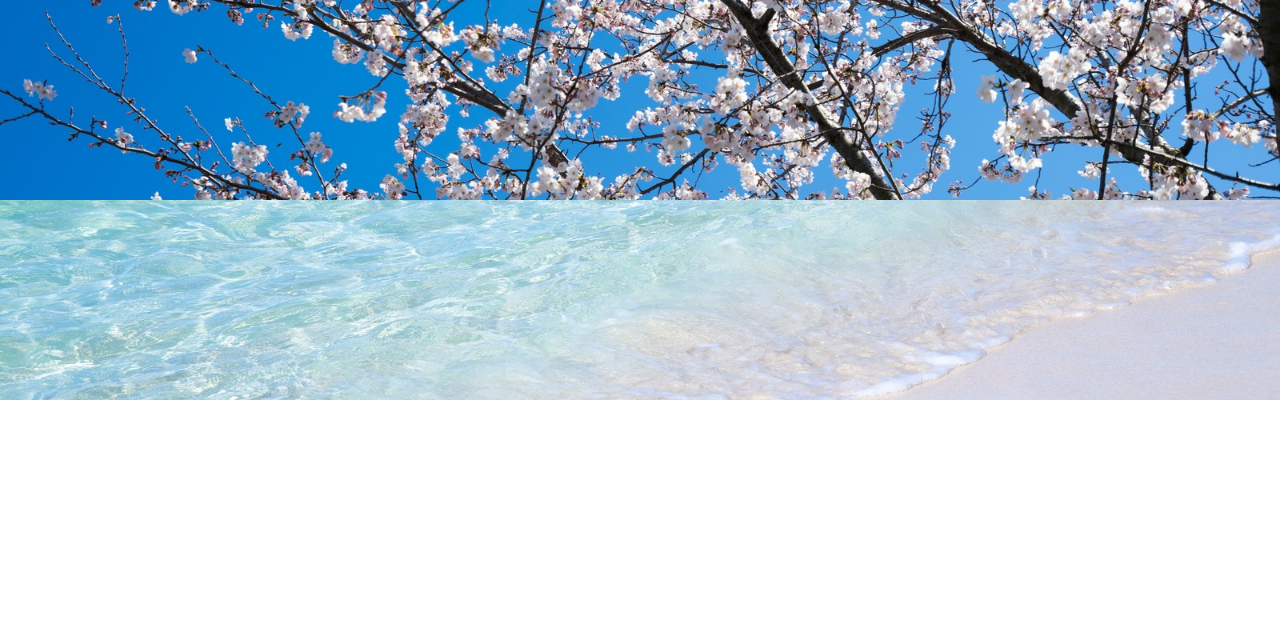
Repository: pureforest/html
Page: chapter6/6-text.html
The author's editor kept a record of every edit. The page is drawn from the files as they stood at one moment, then again after the next edit.
The browser window is 1280 px wide. The pictures show the whole page.

Above is the page before.

After the next edit:
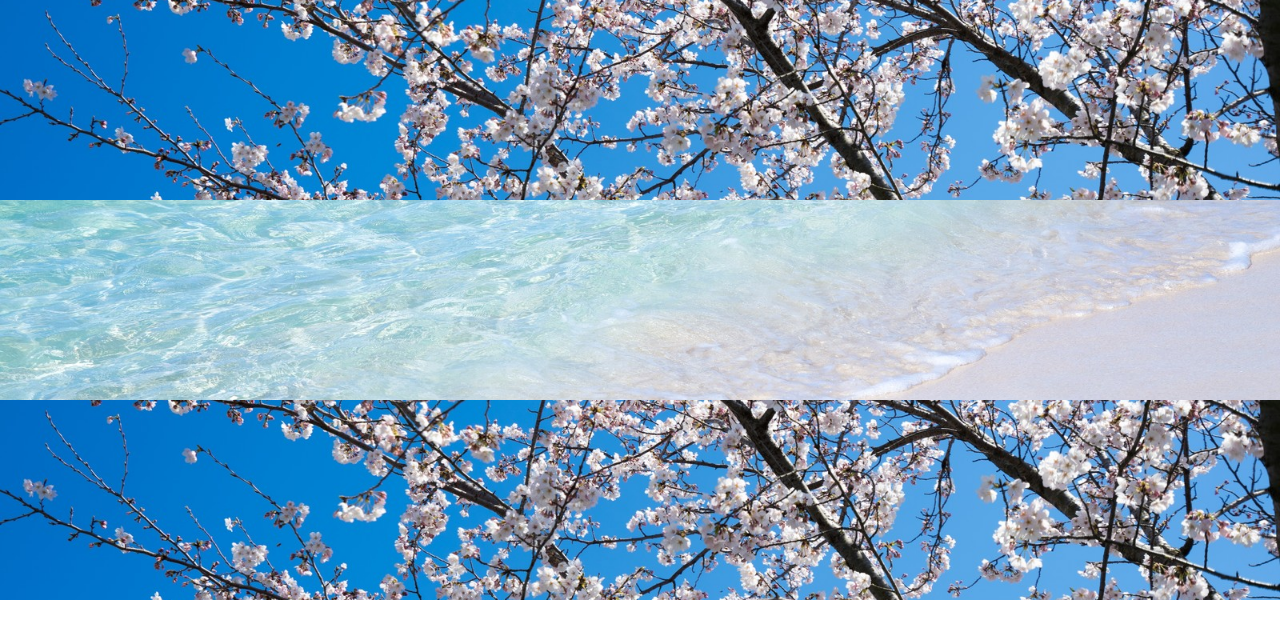
The edit:
--- a/chapter6/6-style.css
+++ b/chapter6/6-style.css
@@ -21,7 +21,7 @@
   background-position: center;
 }
 
-.main-1{
+.main-3{
   width:100%;
   height: 200px;
   background-image: url(img/box1.jpg);
